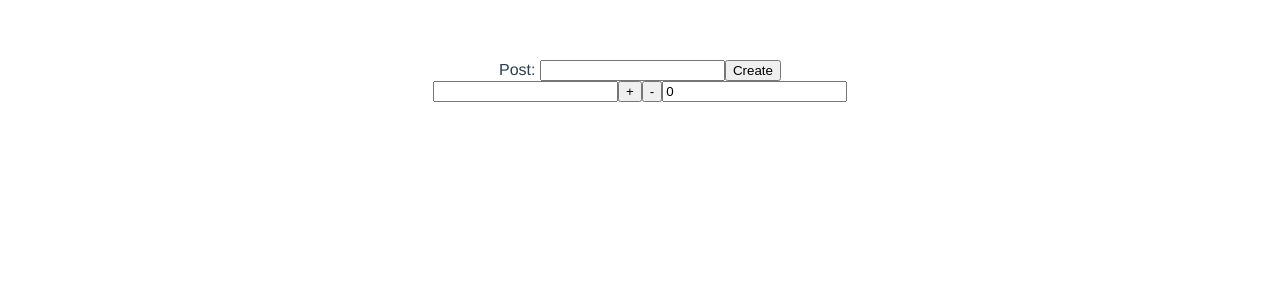
Repository: AnatoliyZaporozhets/HomeTask
Page: / (app in HomeWork_2/Task_1/)
An editor plug-in stored every save of this project. The page is shown before and after the next save, followed by the edit.
The browser window is 1280 px wide. The pictures show the whole page.
The project was rebuilt for these pictures with package versions that can differ from the ones it lists, and the page was loaded fresh each time. Also part of the build but not shown: HomeWork_2/Task_1/vue.config.js.

Above is the page before, as saved 2022-04-17 15:40:20.

After the next save:
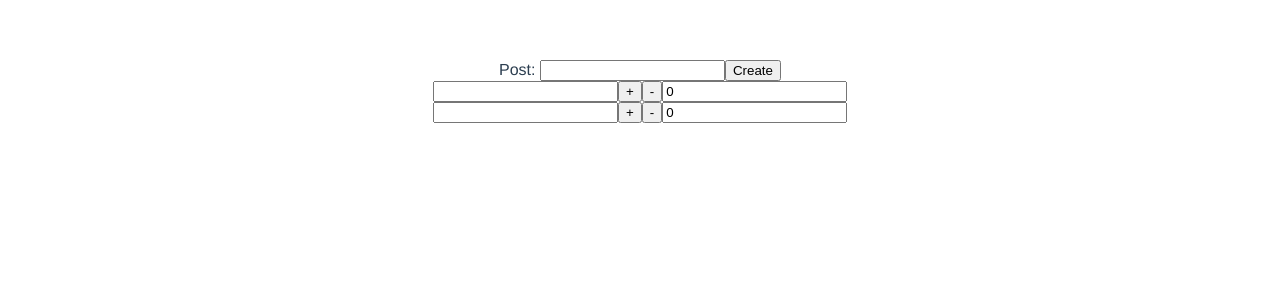
Saved 12 s later.
--- a/HomeWork_2/Task_1/src/App.vue
+++ b/HomeWork_2/Task_1/src/App.vue
@@ -1,6 +1,7 @@
 <template>
   <div>
     <create-post/>
+    <post-list/>
     <post-list/>
   </div>
 </template>
